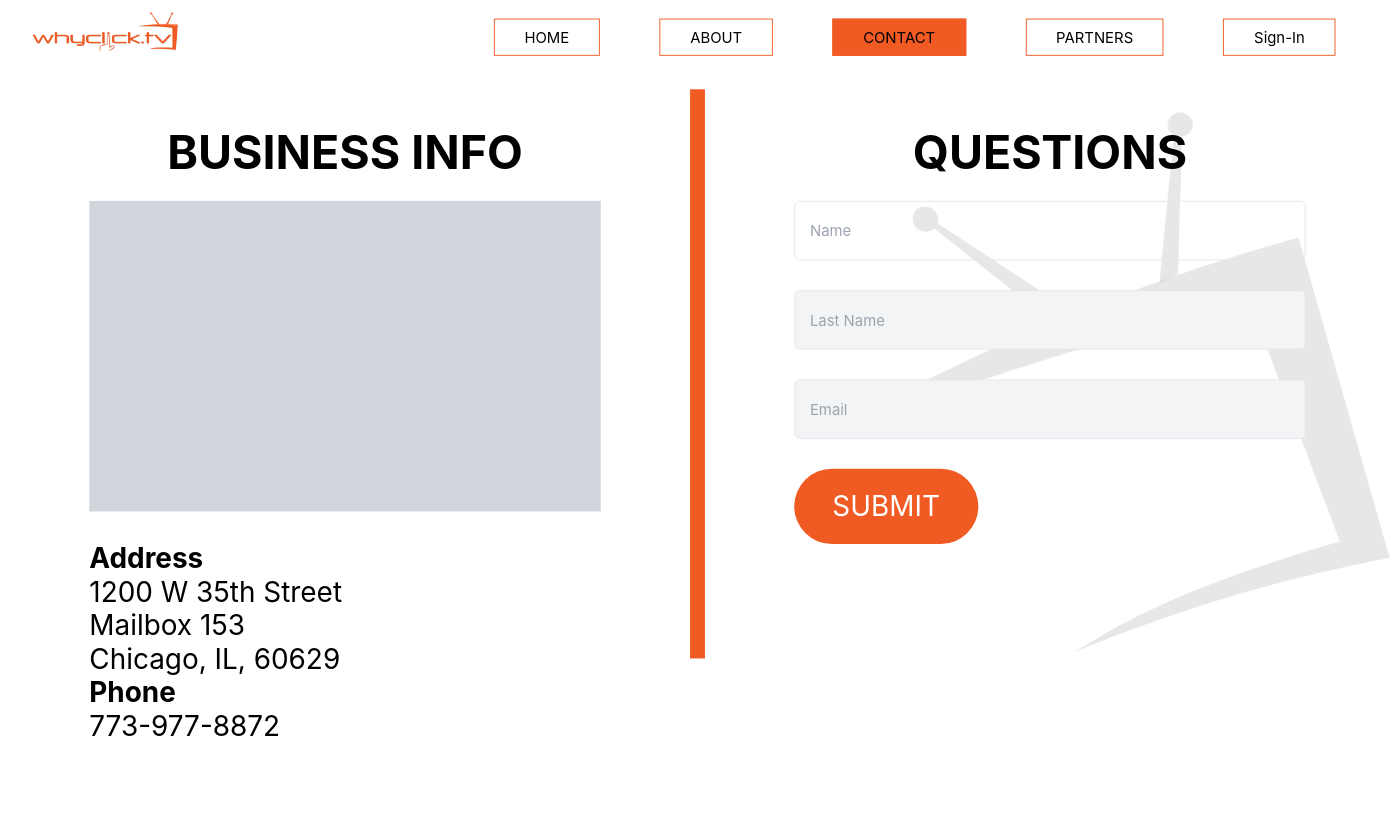
Repository: legenddev1202/whyclicktv
Page: /contact
The author's editor kept a copy of each file at every save. The page is drawn from the files as they stood at one save, then again after the next save.
The browser window is 1280 px wide. The page is 1500 px wide, so the pictures cover 1500 px, including what lies to the right of the window. The pictures show the whole page, at 93% of full size.
The project was rebuilt for these pictures with package versions that can differ from the ones it lists, and the page was loaded fresh each time. Also part of the build but not shown: src/App.css, src/pages/home.js, src/pages/about.js, src/pages/partners.js, src/pages/referral.js.

Above is the page before, as saved 2022-04-18 22:32:22.

After the next save:
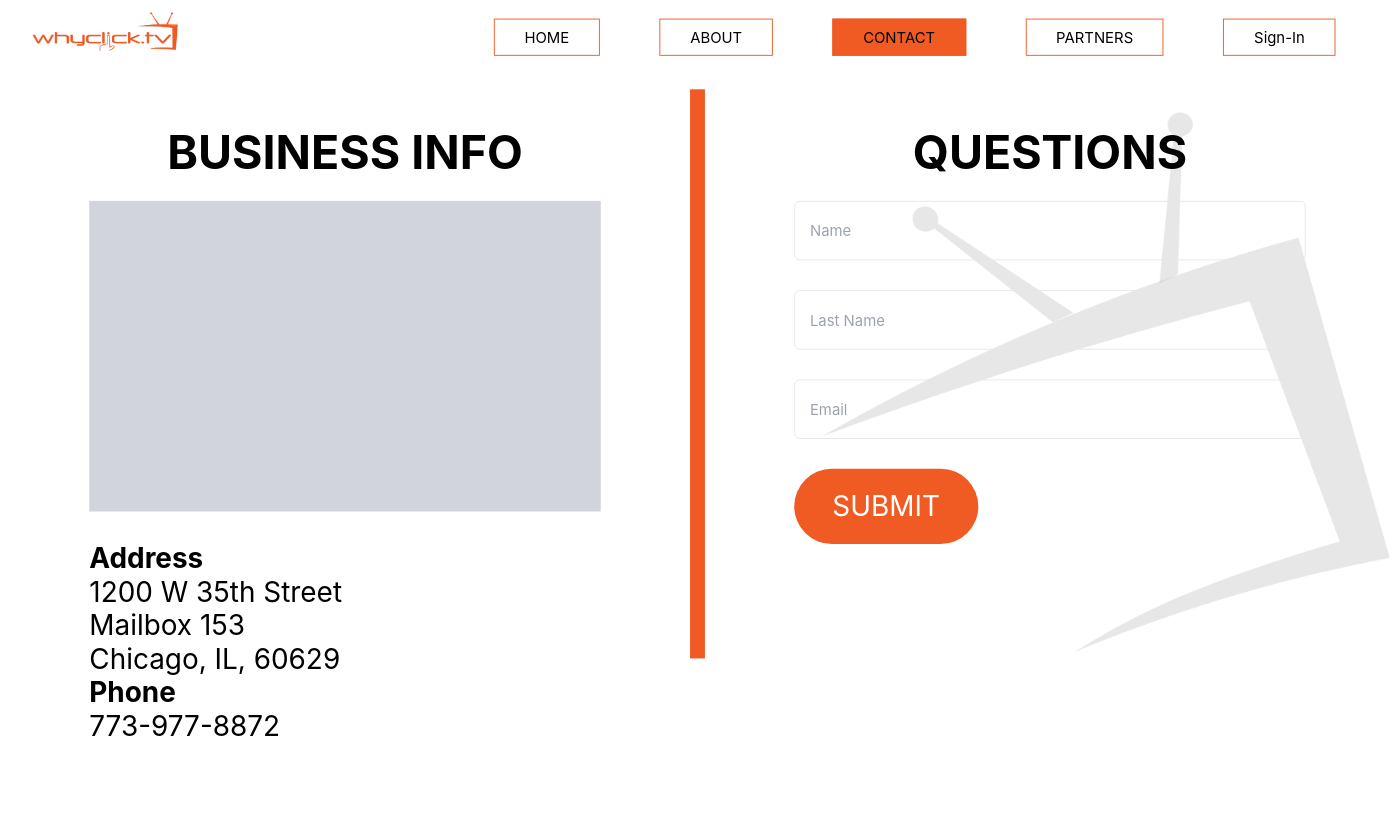
Saved 24 s later.
--- a/src/pages/contact.js
+++ b/src/pages/contact.js
@@ -126,7 +126,7 @@ function Contact() {
             ></input>
             <div className="w-full mt-8">
               <input
-                className="w-full rounded-md h-16 border px-4 bg-gray-100"
+                className="w-full rounded-md h-16 border px-4 bg-transparent"
                 placeholder="Last Name"
                 onChange={(e) =>
                   setValues({ ...values, lastName: e.target.value })
@@ -136,7 +136,7 @@ function Contact() {
 
             <div className="w-full mt-8">
               <input
-                className="w-full rounded-md h-16 border px-4 bg-gray-100"
+                className="w-full rounded-md h-16 border px-4 bg-transparent"
                 placeholder="Email"
                 onChange={(e) =>
                   setValues({ ...values, email: e.target.value })
